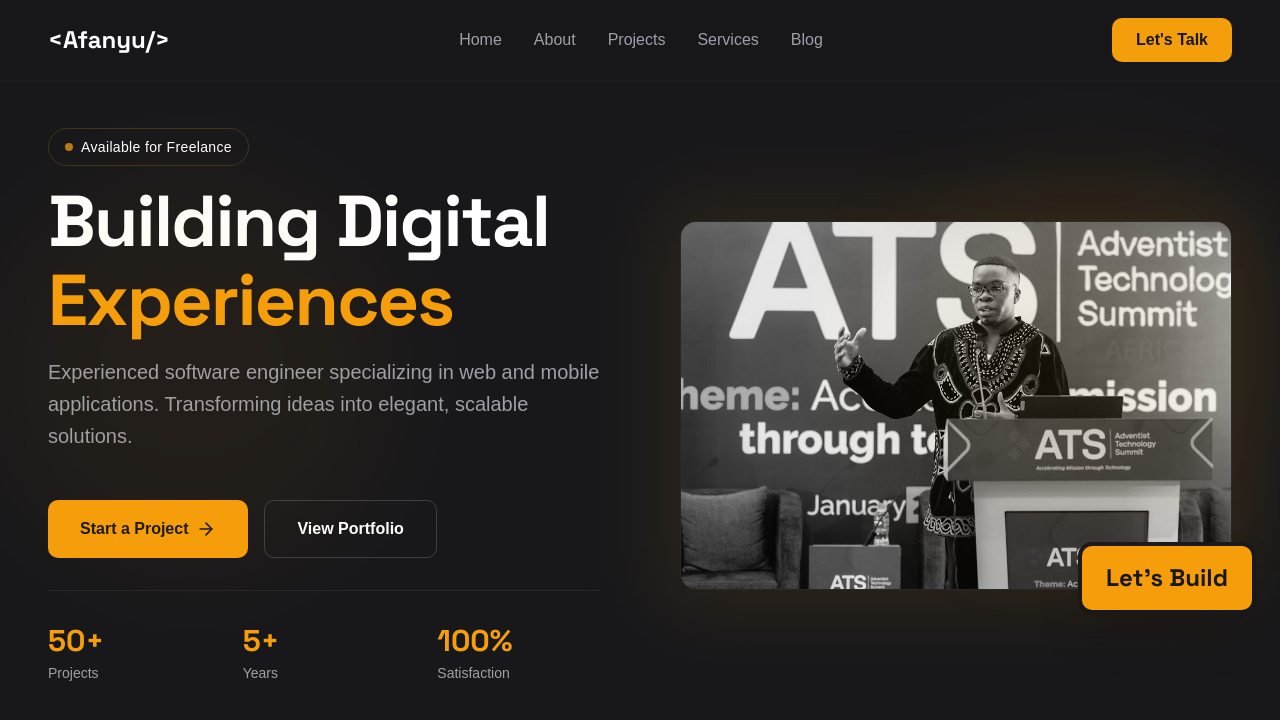
Repository: Afanyu-Emmanuel-Delonie/afa-main-portofolio
Page: /
An editor plug-in stored every save of this project. The page is shown before and after the next save, followed by the edit.
The browser window is 1280 px wide. The pictures show the whole page.
Some web fonts or font styles are not loaded; a fallback is used. The project was rebuilt for these pictures with package versions that can differ from the ones it lists, and the page was loaded fresh each time. Also part of the build but not shown: vite.config.js.

Above is the page before, as saved 2026-03-17 14:23:30.

After the next save:
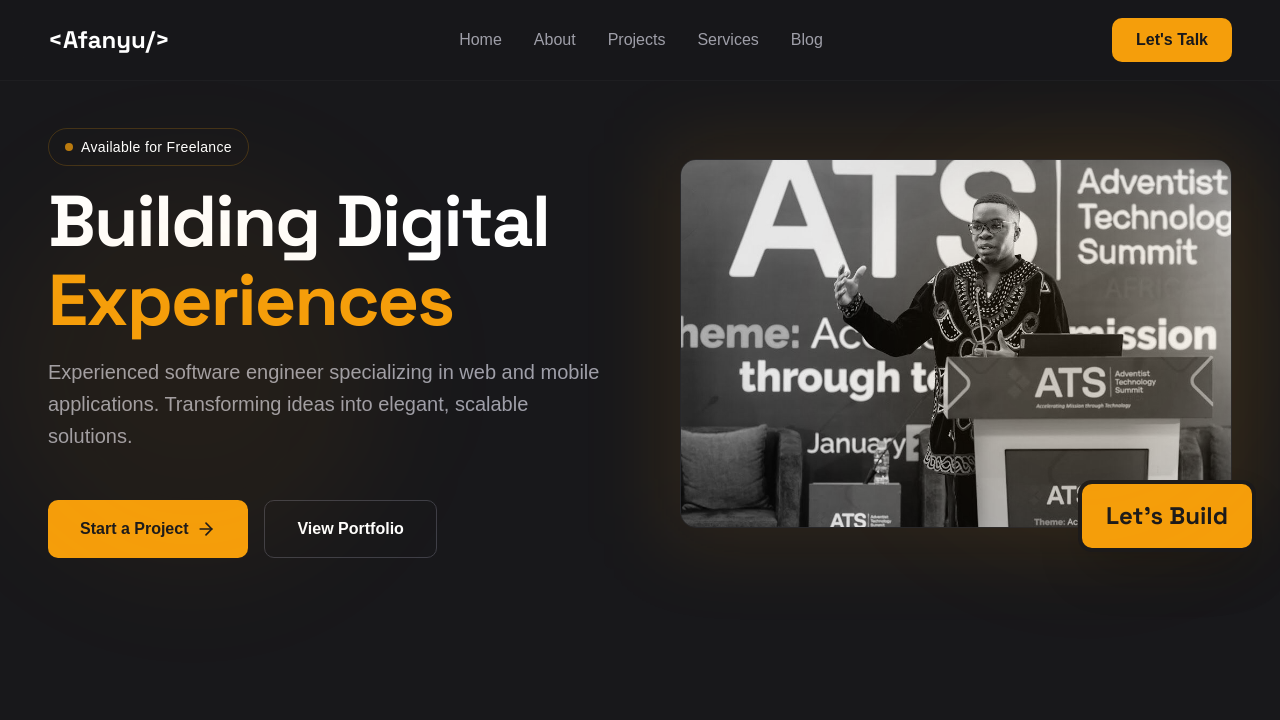
Saved 65 s later.
--- a/src/app/components/Hero.jsx
+++ b/src/app/components/Hero.jsx
@@ -40,14 +40,7 @@
               </button>
             </div>
 
-            <div className="grid grid-cols-3 gap-8 pt-8 border-t border-zinc-800">
-              {stats.map(([val, label]) => (
-                <div key={label}>
-                  <div className="text-3xl text-[#F59E0B] mb-1 font-bold" style={{ fontFamily: 'Space Grotesk, sans-serif' }}>{val}</div>
-                  <div className="text-sm text-zinc-400" style={{ fontFamily: 'Geist, sans-serif' }}>{label}</div>
-                </div>
-              ))}
-            </div>
+
           </div>
 
           <div className="relative group">
